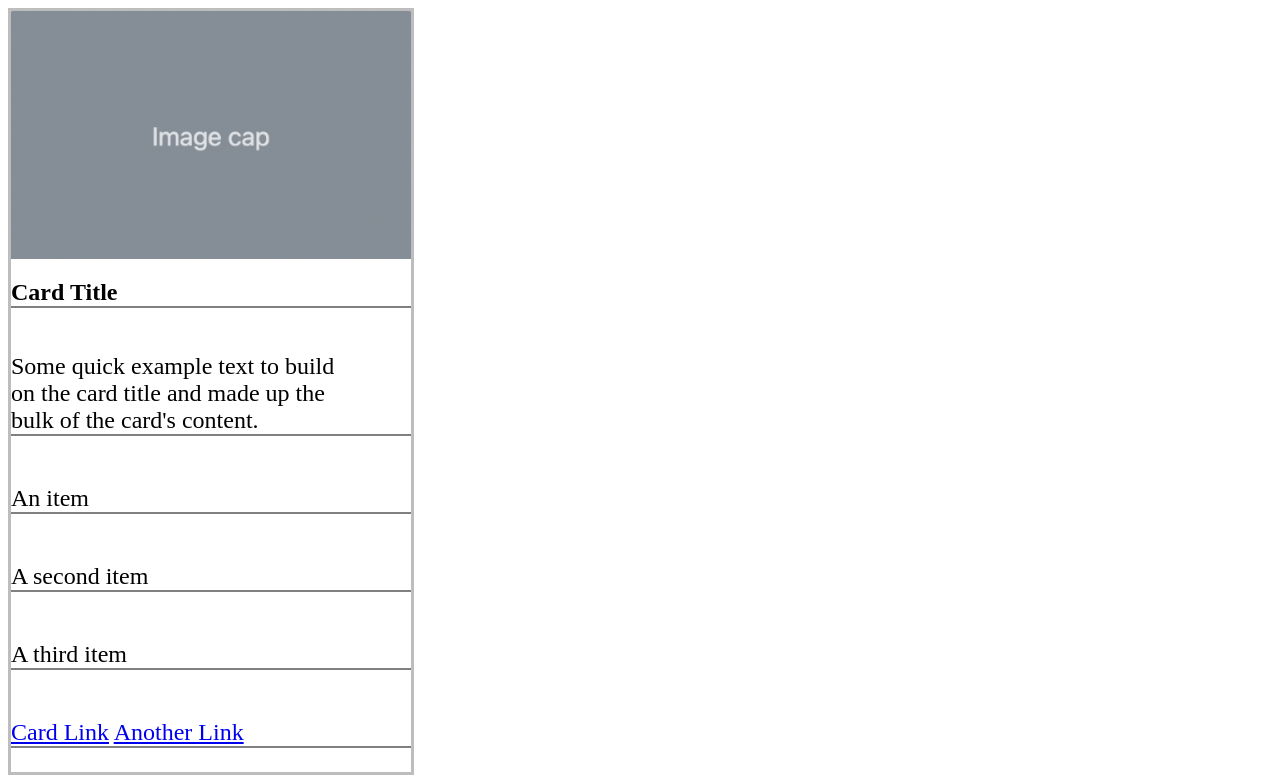
Repository: tr2cky/nav
Page: card.html
An editor plug-in stored every save of this project. The page is shown before and after the next save, followed by the edit.
The browser window is 1280 px wide. The pictures show the whole page.

Above is the page before, as saved 2022-09-27 16:23:59.

### card.html
<!DOCTYPE html>
<html lang="en">

<head>
    <meta charset="UTF-8">
    <meta http-equiv="X-UA-Compatible" content="IE=edge">
    <meta name="viewport" content="width=device-width, initial-scale=1.0">
    <title>Document</title>
    <link rel="stylesheet" href="style.css">
</head>

<body>
    <article class="container">
        <img src="imagecap.png" alt="Image Cap">
        <h2>Card Title</h2>
        <p>Some quick example text to build <br>
            on the card title and made up the <br>
            bulk of the card's content.</p>
        <p>An item</p>
        <p>A second item</p>
        <p>A third item</p>
        <p><a href="https://google.com">Card Link</a> <a href="https://twitter.com">Another Link</a></p>
    </article>
</body>

</html>

### style.css
.container {
    display: flex;
    flex-direction: column;
    border: 3px solid rgba(128, 128, 128, 0.516);
    max-width: 400px;
    gap: 1px;
}
.container > img {
    width: 400px;
}
.container > p, h2 {
    font-size: 1.5rem;
    border-bottom: 2px solid gray;
}

After the next save:
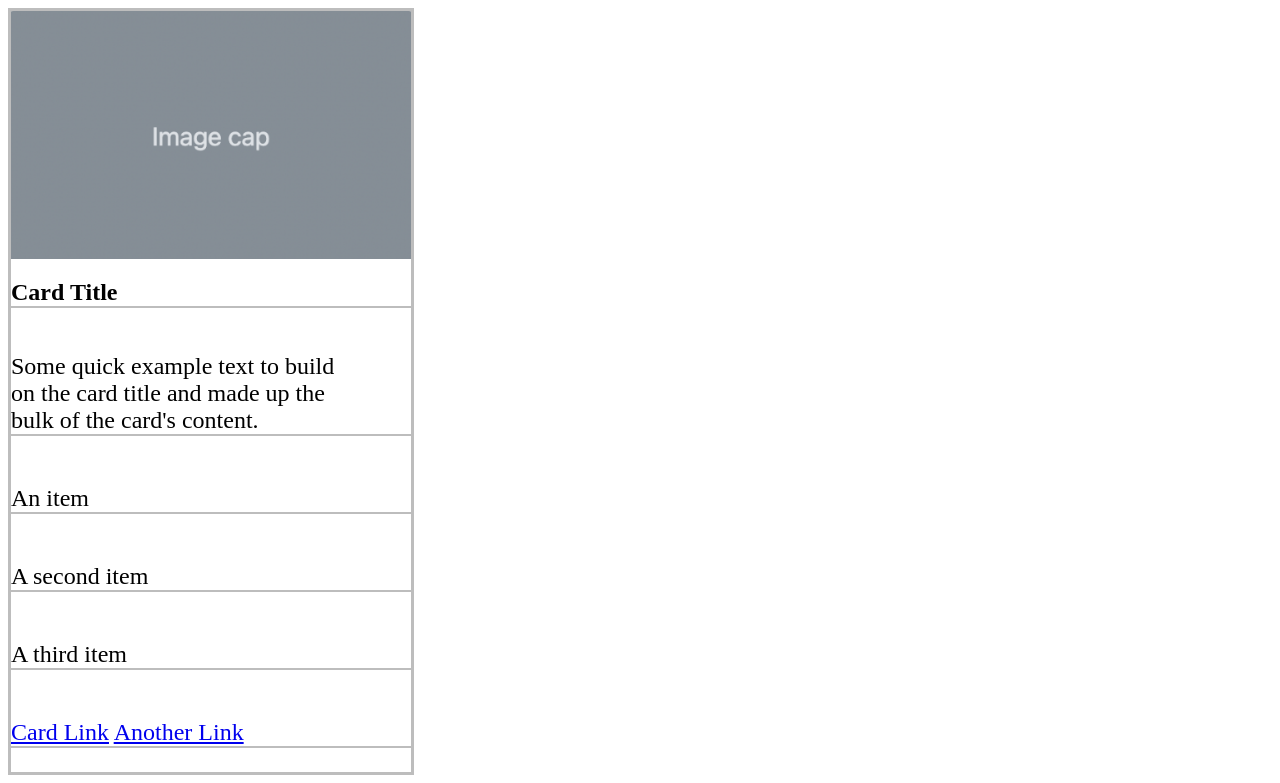
Saved 23 s later.
--- a/style.css
+++ b/style.css
@@ -10,5 +10,5 @@
 }
 .container > p, h2 {
     font-size: 1.5rem;
-    border-bottom: 2px solid gray;
+    border-bottom: 2px solid rgba(128, 128, 128, 0.516);
 }
